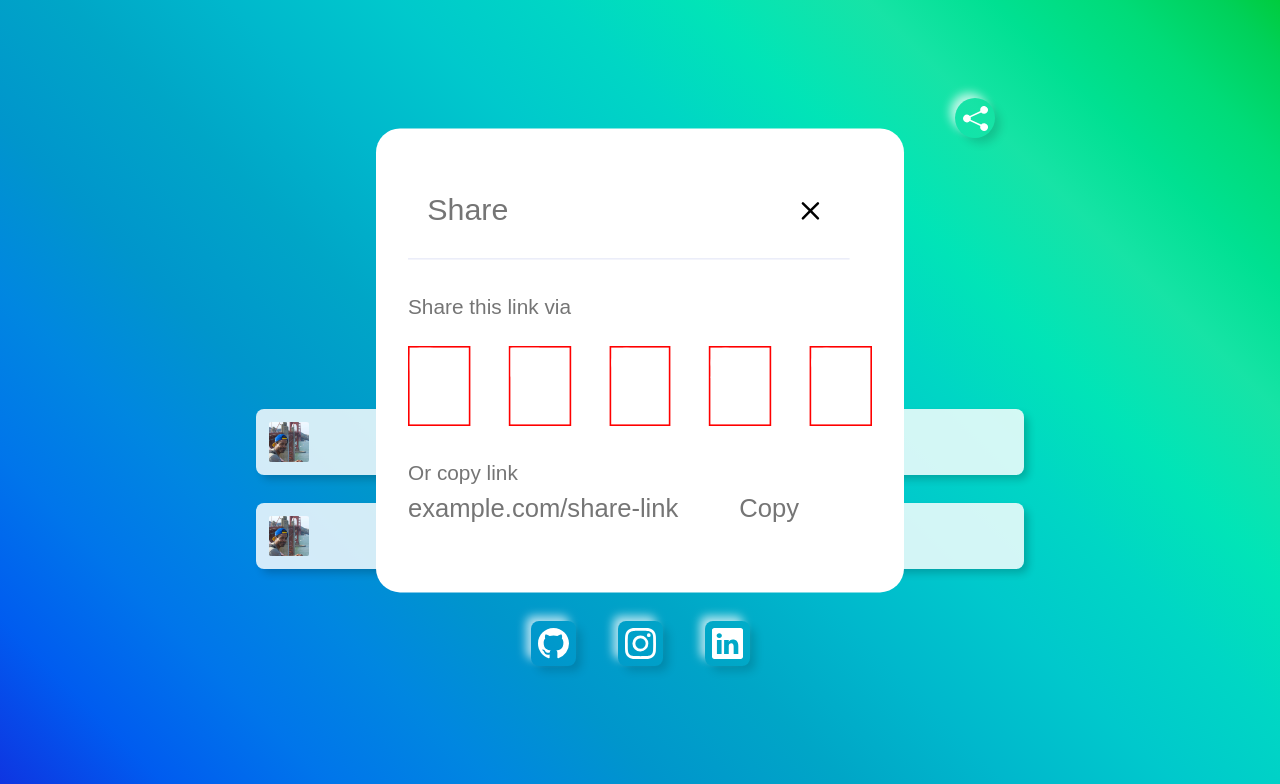
Repository: MateLaDBrouille97/linktree
Page: /
These files come from the project's save history. The page is drawn as it stood at one moment and after the next save; the edit follows.
The browser window is 1280 px wide. The pictures show the whole page.
The project was rebuilt for these pictures with package versions that can differ from the ones it lists, and the page was loaded fresh each time. The framework's server and built-in components were replaced by stand-ins that run in the browser. Also part of the build but not shown: next.config.js, styles/Home.module.css, styles/scrollup.css.

Above is the page before, as saved 2023-01-23 23:46:20.

After the next save:
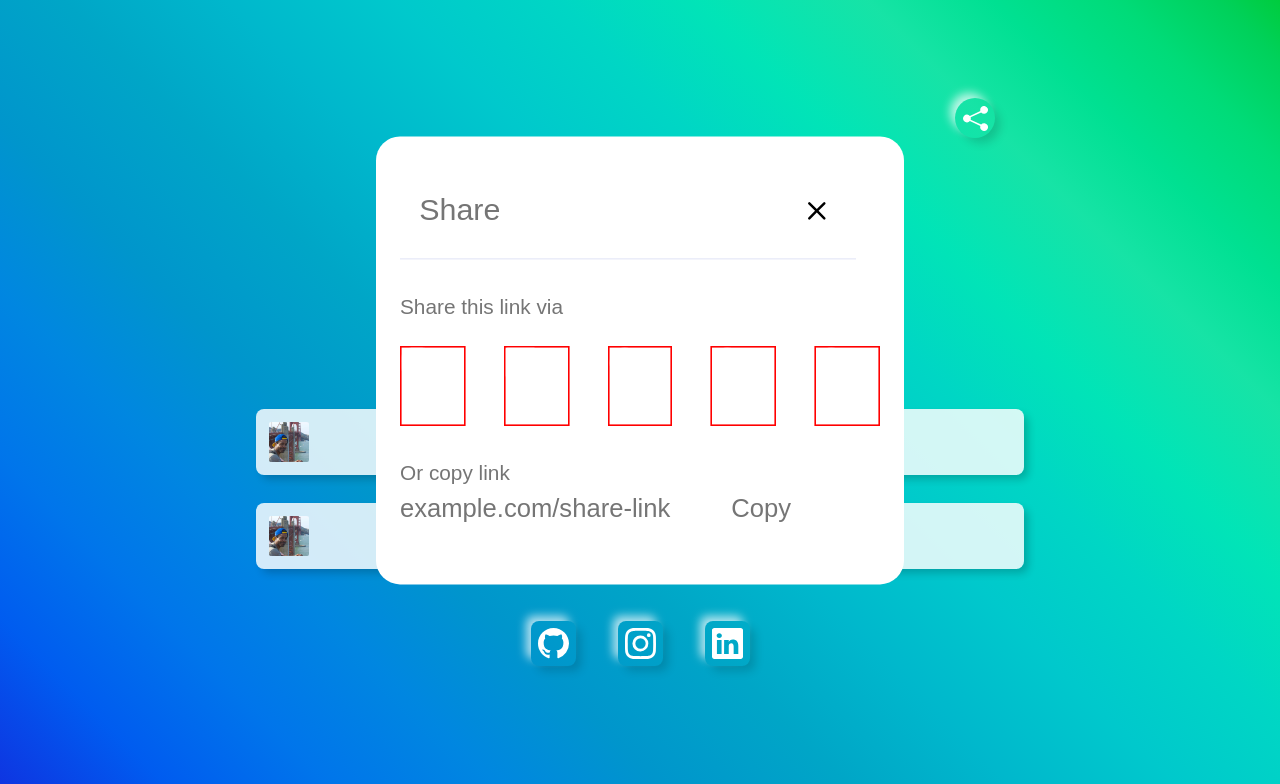
Saved 30 s later.
--- a/styles/share.css
+++ b/styles/share.css
@@ -70,10 +70,10 @@
   left: 50%;
   transform: translate(-50%, -50%) scale(1.6);
   background: var(--container-color);
-  padding: 20px;
+  padding: 15px;
   border-radius: 15px;
   max-width: 330px;
-  width: 70%;
+  width: 65%;
 }
 
 .modal-share :is(header, .icons) {

After the save that followed:
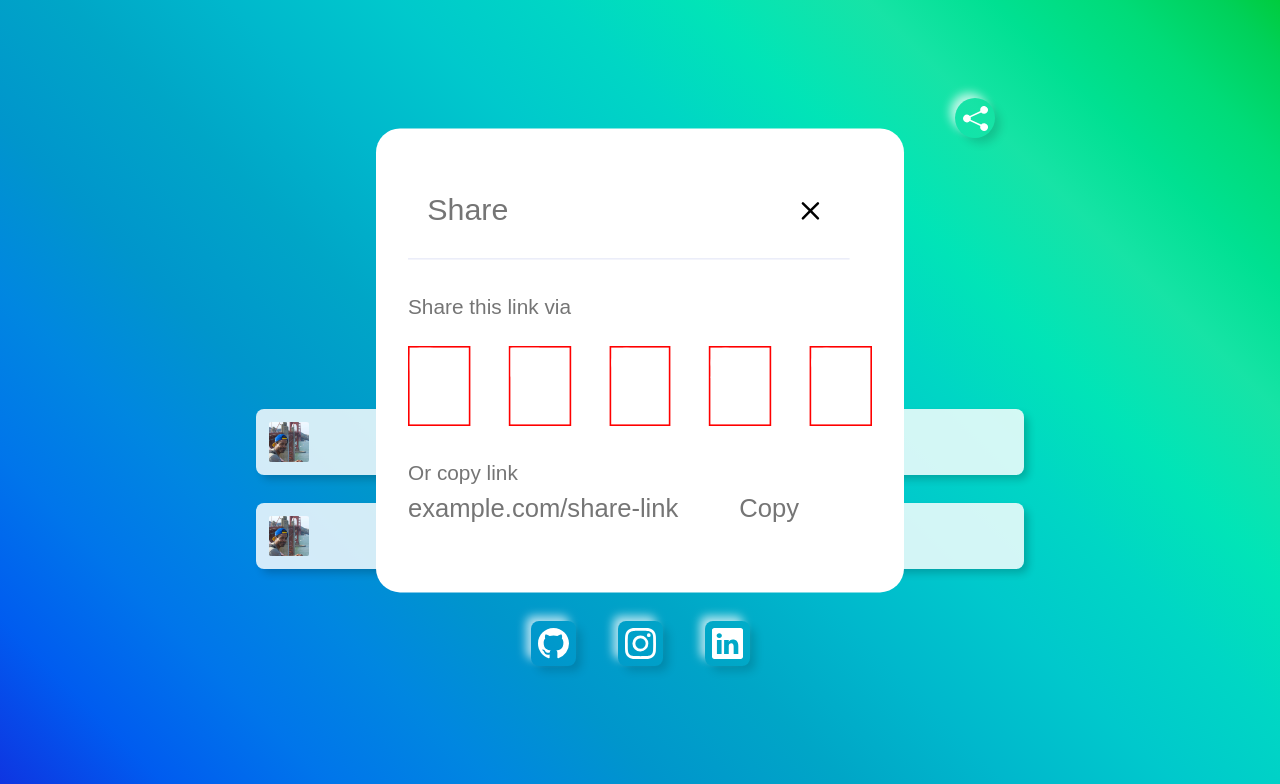
Saved 21 s later.
--- a/styles/share.css
+++ b/styles/share.css
@@ -70,7 +70,7 @@
   left: 50%;
   transform: translate(-50%, -50%) scale(1.6);
   background: var(--container-color);
-  padding: 15px;
+  padding: 20px;
   border-radius: 15px;
   max-width: 330px;
   width: 65%;
